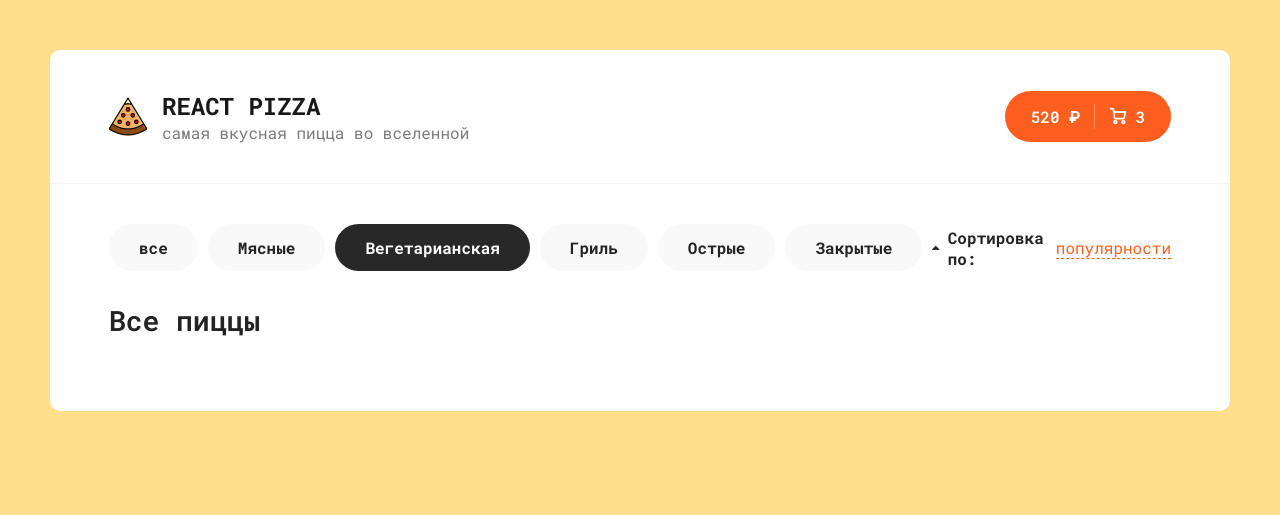
Repository: TI-IT/react-pizza2
Page: /
The author's editor kept a copy of each file at every save. The page is drawn from the files as they stood at one save, then again after the next save.
The browser window is 1280 px wide. The pictures show the whole page.
The project was rebuilt for these pictures with package versions that can differ from the ones it lists, and the page was loaded fresh each time. Also part of the build but not shown: src/components/PizzaBlock.jsx.

Above is the page before, as saved 2022-10-09 13:20:53.

### public/index.html
<!DOCTYPE html>
<html lang="en">
  <head>
    <meta charset="utf-8" />
    <link rel="icon" href="%PUBLIC_URL%/favicon.ico" />
    <link rel="preconnect" href="https://fonts.googleapis.com" />
    <link rel="preconnect" href="https://fonts.gstatic.com" crossorigin />
    <link
      href="https://fonts.googleapis.com/css2?family=Roboto+Mono:wght@300;400;500;600;700&display=swap"
      rel="stylesheet"
    />
    <meta name="viewport" content="width=device-width, initial-scale=1" />
    <meta name="theme-color" content="#000000" />
    <meta
      name="description"
      content="Web site created using create-react-app"
    />
    <link rel="apple-touch-icon" href="%PUBLIC_URL%/logo192.png" />
    <!--
      manifest.json provides metadata used when your web app is installed on a
      user's mobile device or desktop. See https://developers.google.com/web/fundamentals/web-app-manifest/
    -->
    <link rel="manifest" href="%PUBLIC_URL%/manifest.json" />
    <!--
      Notice the use of %PUBLIC_URL% in the tags above.
      It will be replaced with the URL of the `public` folder during the build.
      Only files inside the `public` folder can be referenced from the HTML.

      Unlike "/favicon.ico" or "favicon.ico", "%PUBLIC_URL%/favicon.ico" will
      work correctly both with client-side routing and a non-root public URL.
      Learn how to configure a non-root public URL by running `npm run build`.
    -->
    <title>React App</title>
  </head>
  <body>
    <noscript>You need to enable JavaScript to run this app.</noscript>
    <div id="root"></div>
    <!--
      This HTML file is a template.
      If you open it directly in the browser, you will see an empty page.

      You can add webfonts, meta tags, or analytics to this file.
      The build step will place the bundled scripts into the <body> tag.

      To begin the development, run `npm start` or `yarn start`.
      To create a production bundle, use `npm run build` or `yarn build`.
    -->
  </body>
</html>

### src/App.js
import React from 'react'
import './scss/app.scss'
import Header from './components/Header'
import Categories from './components/Categories'
import Sort from './components/Sort'
import PizzaBlock from './components/PizzaBlock'
import pizzas from './assets/pizza.json'

function App() {
  const [items, setItems] = React.useState([])

  const [visableH1, setVisableH1] = React.useState(true)

  const onClickVisable = () => {
    setVisableH1(tt => !tt)
  }
  //componentDidUpdate(), componentDidMount(), componentWillUnmount
  React.useEffect(() => {
    console.log('Обновление чего либо')
  })

  const link = 'https://63427733ba4478d4783c44ef.mockapi.io/items'
  // fetch(link)
  //   .then(res => {
  //     return res.json()
  //   })
  //   .then(json => {
  //     setItems(json)
  //   })

  return (
    <div className="wrapper">
      <Header />
      <div className="content">
        <div className="container">
          <div className="content__top">
            <Categories />
            <Sort />
          </div>
          <h2 className="content__title">Все пиццы</h2>
          <div className="content__items">
            {items.map(obj => (
              <PizzaBlock key={obj.id} {...obj} />
            ))}
          </div>
        </div>
      </div>
    </div>
  )
}

export default App

### src/scss/app.scss
@import './_variables.scss';
@import 'libs/_normalize.scss';

@import 'components/_all.scss';


body {
  background-color: $background;
}

.wrapper {
  width: calc(100vw - 100px);
  height: 100%;
  background-color: #fff;
  margin: 50px auto;
  border-radius: 10px;
  max-width: 1400px;
}

.content {
  padding: 40px 0;

  &__title {
    margin: 35px 0;
  }

  &__items {
    display: flex;
    flex-wrap: wrap;
    justify-content: space-between;
  }

  &__top {
    display: flex;
    align-items: center;
    justify-content: space-between;
  }
}

.container {
  width: $container-width;
  margin: 0 auto;

  &--cart {
    max-width: 820px;
    margin: 90px auto;
    .content__title {
      margin: 0;
    }
  }
}

.cart {
  &__top {
    display: flex;
    justify-content: space-between;
    align-items: center;
  }

  .content__title {
    display: flex;
    align-items: center;
    font-size: 32px;

    svg {
      position: relative;
      top: -2px;
      width: 30px;
      height: 30px;
      margin-right: 10px;
      path {
        stroke: $black;
        stroke-width: 1.9;
      }
    }
  }

  &__clear {
    display: flex;
    align-items: center;
    cursor: pointer;
    @include noselect();

    span {
      display: inline-block;
      margin-left: 7px;
      color: #b6b6b6;
      font-size: 18px;
    }

    span,
    svg,
    path {
      transition: all $duration ease-in-out;
    }

    &:hover {
      svg {
        path {
          stroke: darken($color: #b6b6b6, $amount: 50);
        }
      }
      span {
        color: darken($color: #b6b6b6, $amount: 50);
      }
    }
  }

  &__item {
    display: flex;
    width: 100%;
    border-top: 1px solid $gray-line;
    padding-top: 30px;
    margin-top: 30px;

    &-img {
      display: flex;
      align-items: center;
      margin-right: 15px;
      width: 10%;

      img {
        width: 80px;
        height: 80px;
      }
    }

    &-info {
      display: flex;
      flex-direction: column;
      justify-content: center;
      width: 40%;

      h3 {
        font-weight: bold;
        font-size: 22px;
        line-height: 27px;
        letter-spacing: 0.01em;
      }

      p {
        font-size: 18px;
        color: #8d8d8d;
      }
    }

    &-count {
      display: flex;
      align-items: center;
      justify-content: space-between;
      width: 13%;

      &-minus {
        svg {
          path:first-of-type {
            display: none;
          }
        }
      }

      b {
        font-size: 22px;
      }
    }

    &-price {
      display: flex;
      align-items: center;
      justify-content: center;
      width: 33%;

      b {
        font-weight: bold;
        font-size: 22px;
        letter-spacing: 0.01em;
      }
    }

    &-remove {
      display: flex;
      align-items: center;
      justify-content: flex-end;
      width: 4%;

      .button {
        border-color: darken($color: $gray-line, $amount: 10);
      }

      svg {
        transform: rotate(45deg);

        path {
          fill: darken($color: $gray-line, $amount: 15);
        }
      }

      .button {
        svg {
          width: 11.5px;
          height: 11.5px;
          position: relative;
        }
        &:hover,
        &:active {
          border-color: darken($color: $gray-line, $amount: 80);
          background-color: darken($color: $gray-line, $amount: 80);
        }
      }
    }
  }

  &__bottom {
    margin: 50px 0;

    &-details {
      display: flex;
      justify-content: space-between;

      span {
        font-size: 22px;

        &:last-of-type {
          b {
            color: $orange;
          }
        }
      }
    }

    &-buttons {
      display: flex;
      justify-content: space-between;
      margin-top: 40px;

      .go-back-btn {
        display: flex;
        align-items: center;
        justify-content: center;
        width: 210px;

        border-color: darken($color: $gray-line, $amount: 10);

        span {
          color: darken($color: $gray-line, $amount: 20);
          font-weight: 500;
          font-weight: 600;
        }

        &:hover {
          background-color: darken($color: $gray-line, $amount: 90);
          border-color: darken($color: $gray-line, $amount: 90);

          span {
            color: $gray-line;
          }
        }

        svg {
          margin-right: 12px;
          path {
            fill: transparent;
            stroke-width: 2;
          }
        }
      }

      .pay-btn {
        font-size: 16px;
        font-weight: 600;
        width: 210px;
        padding: 16px;
      }
    }
  }

  &--empty {
    margin: 0 auto;
    width: 560px;
    text-align: center;

    h2 {
      font-size: 32px;
      margin-bottom: 10px;
    }

    p {
      font-size: 18px;
      line-height: 145.4%;
      letter-spacing: 0.01em;
      color: #777777;
    }

    icon {
      position: relative;
      top: 2px;
    }

    img {
      display: block;
      width: 300px;
      margin: 45px auto 60px;
    }

    .button--black {
      padding: 12px 0 14px;
      width: 230px;
      margin: 0 auto;
      font-weight: 600;
      font-size: 18px;
    }
  }
}

### src/components/Header.jsx
import logoSVG from '../assets/img/pizza-logo.svg'

function Header() {
  return (
    <div className="header">
      <div className="container">
        <div className="header__logo">
          <img width="38" src={logoSVG} alt="Pizza logo" />
          <div>
            <h1>React Pizza</h1>
            <p>самая вкусная пицца во вселенной</p>
          </div>
        </div>
        <div className="header__cart">
          <a href="/cart.html" className="button button--cart">
            <span>520 ₽</span>
            <div className="button__delimiter"></div>
            <svg
              width="18"
              height="18"
              viewBox="0 0 18 18"
              fill="none"
              xmlns="http://www.w3.org/2000/svg">
              <path
                d="M6.33333 16.3333C7.06971 16.3333 7.66667 15.7364 7.66667 15C7.66667 14.2636 7.06971 13.6667 6.33333 13.6667C5.59695 13.6667 5 14.2636 5 15C5 15.7364 5.59695 16.3333 6.33333 16.3333Z"
                stroke="white"
                strokeWidth="1.8"
                strokeLinecap="round"
                strokeLinejoin="round"
              />
              <path
                d="M14.3333 16.3333C15.0697 16.3333 15.6667 15.7364 15.6667 15C15.6667 14.2636 15.0697 13.6667 14.3333 13.6667C13.597 13.6667 13 14.2636 13 15C13 15.7364 13.597 16.3333 14.3333 16.3333Z"
                stroke="white"
                strokeWidth="1.8"
                strokeLinecap="round"
                strokeLinejoin="round"
              />
              <path
                d="M4.78002 4.99999H16.3334L15.2134 10.5933C15.1524 10.9003 14.9854 11.176 14.7417 11.3722C14.4979 11.5684 14.1929 11.6727 13.88 11.6667H6.83335C6.50781 11.6694 6.1925 11.553 5.94689 11.3393C5.70128 11.1256 5.54233 10.8295 5.50002 10.5067L4.48669 2.82666C4.44466 2.50615 4.28764 2.21182 4.04482 1.99844C3.80201 1.78505 3.48994 1.66715 3.16669 1.66666H1.66669"
                stroke="white"
                strokeWidth="1.8"
                strokeLinecap="round"
                strokeLinejoin="round"
              />
            </svg>
            <span>3</span>
          </a>
        </div>
      </div>
    </div>
  )
}

export default Header

### src/components/Categories.jsx
import React from 'react'

function Categories() {
  const [activeIndex, setActivIndex] = React.useState(2)

  const categories = ['все', 'Мясные', 'Вегетарианская', 'Гриль', 'Острые', 'Закрытые']

  const onClickCategory = index => {
    setActivIndex(index)
  }
  return (
    <div className="categories">
      <ul>
        {categories.map((value, i) => (
          <li
            key={i}
            onClick={() => onClickCategory(i)}
            className={activeIndex === i ? 'active' : ''}>
            {value}
          </li>
        ))}
      </ul>
    </div>
  )
}
export default Categories

### src/components/Sort.jsx
import React from 'react'

function Sort() {
  const [open, setOpen] = React.useState(false)
  const [selected, setSelected] = React.useState(0)
  const list = ['популярности', 'цене', 'алфавиту']
  const sortName = list[selected]

  const onClickListItem = i => {
    setSelected(i)
    setOpen(false)
  }

  return (
    <div className="sort">
      <div className="sort__label">
        <svg
          width="10"
          height="6"
          viewBox="0 0 10 6"
          fill="none"
          xmlns="http://www.w3.org/2000/svg">
          <path
            d="M10 5C10 5.16927 9.93815 5.31576 9.81445 5.43945C9.69075 5.56315 9.54427 5.625 9.375 5.625H0.625C0.455729 5.625 0.309245 5.56315 0.185547 5.43945C0.061849 5.31576 0 5.16927 0 5C0 4.83073 0.061849 4.68424 0.185547 4.56055L4.56055 0.185547C4.68424 0.061849 4.83073 0 5 0C5.16927 0 5.31576 0.061849 5.43945 0.185547L9.81445 4.56055C9.93815 4.68424 10 4.83073 10 5Z"
            fill="#2C2C2C"
          />
        </svg>
        <b>Сортировка по:</b>
        <span onClick={() => setOpen(!open)}>{sortName}</span>
      </div>
      {open && (
        <div className="sort__popup">
          <ul>
            {list.map((name, i) => (
              <li
                key={i}
                onClick={() => onClickListItem(i)}
                className={selected === i ? 'active' : ''}>
                {name}
              </li>
            ))}
          </ul>
        </div>
      )}
    </div>
  )
}

export default Sort

### src/scss/libs/_normalize.scss
* {
  padding: 0;
  margin: 0;
  list-style: none;
  outline: none;
  font-family: 'Roboto Mono', Roboto, system-ui, Tahoma, sans-serif;
  box-sizing: border-box;
}

html {
  -ms-text-size-adjust: 100%;
  -webkit-text-size-adjust: 100%;
}

body {
  -moz-osx-font-smoothing: grayscale;
  -webkit-font-smoothing: antialiased;
  color: $black;
}

a,
span,
p,
b,
h1,
h2,
h3,
h4,
h5 {
  color: $black;
}

h1 {
  font-size: 48px;
}

h2 {
  font-weight: 600;
  font-size: 28px;
  line-height: 30px;
}

a {
  text-decoration: none;
}

@mixin noselect {
  -webkit-touch-callout: none; /* iOS Safari */
  -webkit-user-select: none; /* Safari */
  -khtml-user-select: none; /* Konqueror HTML */
  -moz-user-select: none; /* Old versions of Firefox */
  -ms-user-select: none; /* Internet Explorer/Edge */
  user-select: none; /* Non-prefixed version, currently
                                  supported by Chrome, Opera and Firefox */
}

### src/scss/components/_button.scss
@import '../variables.scss';

.button {
  display: inline-block;
  background-color: $orange;
  border-radius: 30px;
  padding: 10px 20px;
  min-width: 100px;
  text-align: center;
  cursor: pointer;
  transition: background-color $duration ease-in-out, border-color $duration ease-in-out;
  border: 1px solid transparent;
  @include noselect();

  &,
  span {
    color: #fff;
  }

  i,
  span,
  path,
  svg {
    transition: all $duration ease-in-out;
  }

  &:hover {
    background-color: darken($orange, 8%);
  }

  &:active {
    background-color: darken($orange, 12%);
    transform: translateY(1px);
  }

  &--circle {
    display: flex;
    align-items: center;
    justify-content: center;
    width: 32px;
    height: 32px;
    min-width: 32px;
    padding: 0;
    border-width: 2px;
  }

  &--black {
    background-color: $black;

    &:hover,
    &:active {
      background-color: lighten($color: $black, $amount: 10);
    }
  }

  &--outline {
    background-color: #fff;
    border-color: $orange;
    &,
    span {
      color: $orange;
    }

    svg {
      path {
        fill: $orange;
      }
    }

    &:hover {
      background-color: $orange;

      &,
      span {
        color: #fff;
      }

      svg {
        path {
          fill: #fff;
        }
      }
    }

    &:active {
      background-color: darken($orange, 8%);
    }
  }

  &__delimiter {
    width: 1px;
    height: 25px;
    background-color: rgba(255, 255, 255, 0.25);
    margin-left: 14px;
    margin-right: 14px;
  }

  &--add {
    svg {
      margin-right: 2px;
    }

    span {
      font-weight: 600;
      font-size: 16px;
    }

    &:hover {
      i {
        background-color: #fff;
        color: $orange;
      }
    }

    i {
      display: inline-block;
      border-radius: 30px;
      background-color: $orange;
      color: #fff;
      font-weight: 600;
      width: 22px;
      height: 22px;
      font-style: normal;
      font-size: 13px;
      line-height: 22px;
      position: relative;
      top: -1px;
      left: 3px;
    }
  }

  &--cart {
    display: flex;
    align-items: center;
    line-height: 23px;
    padding: 12px 25px;

    svg {
      margin-right: 8px;
      margin-bottom: 1px;
    }

    span {
      font-weight: 600;
      font-size: 16px;
    }
  }
}

### src/scss/components/_sort.scss
@import '../variables.scss';

.sort {
  position: relative;
  &__label {
    display: flex;
    align-items: center;

    svg {
      margin-right: 8px;
    }

    b {
      margin-right: 8px;
    }

    span {
      color: $orange;
      border-bottom: 1px dashed $orange;
      cursor: pointer;
    }
  }

  &__popup {
    position: absolute;
    right: 0;
    margin-top: 15px;
    background: #ffffff;
    box-shadow: 0px 5px 15px rgba(0, 0, 0, 0.09);
    border-radius: 10px;
    overflow: hidden;
    padding: 10px 0;
    width: 160px;

    ul {
      overflow: hidden;
      li {
        padding: 12px 20px;
        cursor: pointer;

        &.active,
        &:hover {
          background: rgba(254, 95, 30, 0.05);
        }

        &.active {
          font-weight: bold;
          color: $orange;
        }
      }
    }
  }
}

### src/scss/components/_pizza-block.scss
@import '../variables.scss';

.pizza-block {
  width: 280px;
  text-align: center;
  margin-bottom: 65px;

  &:not(:nth-of-type(4n)) {
    margin-right: 35px;
  }

  &__image {
    width: 260px;
  }

  &__title {
    font-size: 20px;
    font-weight: 900;
    letter-spacing: 1%;
    margin-bottom: 20px;
  }

  &__selector {
    display: flex;
    background-color: #f3f3f3;
    border-radius: 10px;
    flex-direction: column;
    padding: 6px;

    ul {
      display: flex;
      flex: 1;

      &:first-of-type {
        margin-bottom: 6px;
      }

      li {
        padding: 8px;
        flex: 1;
        cursor: pointer;
        font-weight: 600;
        font-size: 14px;
        @include noselect();
        &.active {
          background: #ffffff;
          box-shadow: 0px 2px 4px rgba(0, 0, 0, 0.04);
          border-radius: 5px;
          cursor: auto;
        }
      }
    }
  }

  &__bottom {
    display: flex;
    align-items: center;
    justify-content: space-between;
    margin-top: 20px;
  }

  &__price {
    font-weight: bold;
    font-size: 22px;
    line-height: 27px;
    letter-spacing: 0.015em;
  }
}

Loaded but not shown: src/index.js (common file); src/assets/pizza.json (common file); src/scss/_variables.scss (common file); src/scss/components/_all.scss (common file); src/scss/components/_header.scss (common file); src/scss/components/_categories.scss (common file)

After the next save:
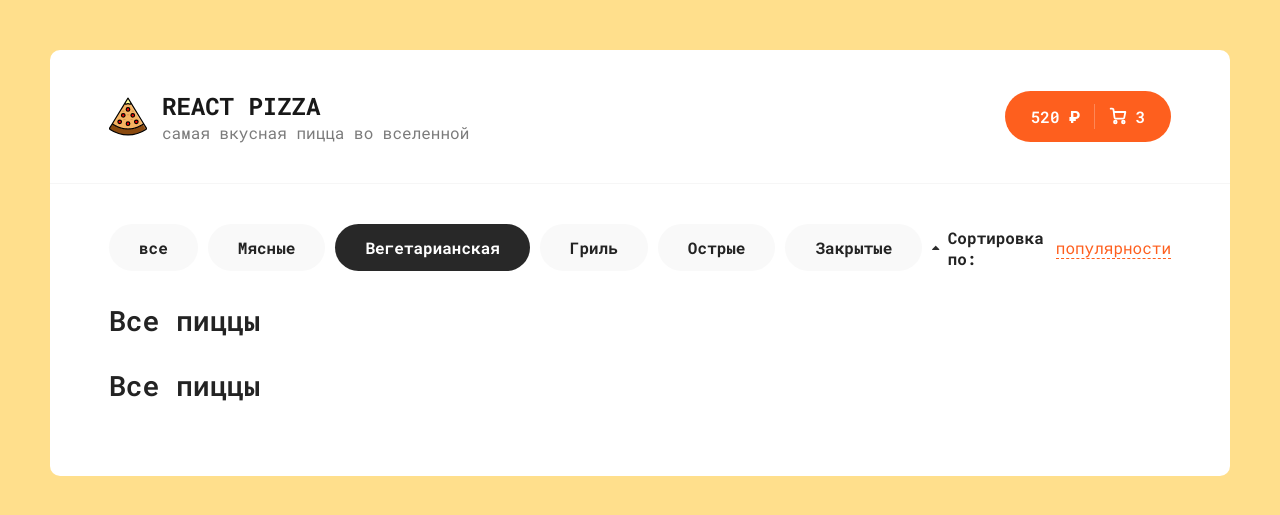
Saved 25 s later.
--- a/src/App.js
+++ b/src/App.js
@@ -37,6 +37,8 @@ function App() {
             <Categories />
             <Sort />
           </div>
+          {<h2 className="content__title">Все пиццы</h2>}
+
           <h2 className="content__title">Все пиццы</h2>
           <div className="content__items">
             {items.map(obj => (
